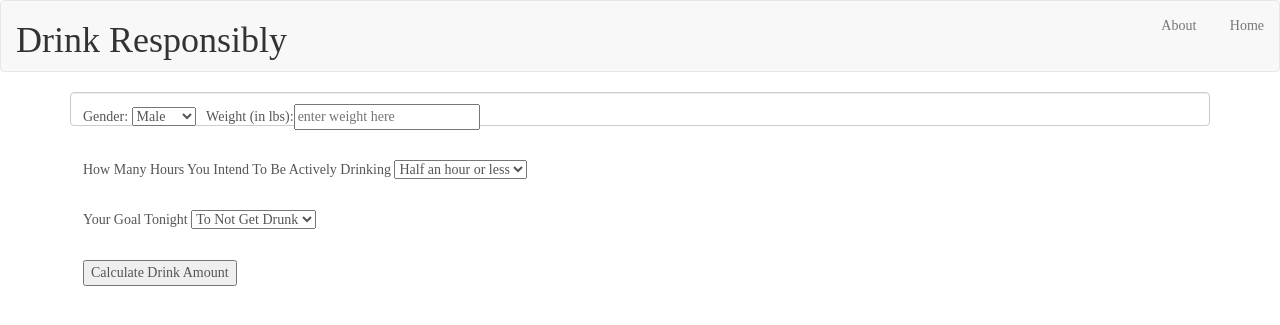
Repository: NatNat180/DrinkResponsibly
Page: http://localhost/DrinkResponsibly/form
An editor plug-in stored every save of this project. The page is shown before and after the next save, followed by the edit.
The browser window is 1280 px wide. The pictures show the whole page.
Some web fonts or font styles are not loaded; a fallback is used. The page is served by Tomcat 9. Other server files are loaded and not shown.

Above is the page before, as saved 2016-04-07 15:33:20.

### DrinkResponsibly/WebContent/WEB-INF/index.jsp
<%@ page language="java" contentType="text/html; charset=UTF-8"
    pageEncoding="ISO-8859-1"%>
<%@ taglib prefix="c" uri="http://java.sun.com/jsp/jstl/core" %>
<!DOCTYPE html>
<html lang="eng">
<head>
<meta http-equiv="Content-Type" content="text/html; charset=UTF-8">
<link rel="stylesheet" type="text/css" href="bootstrap/css/bootstrap.css"/>
<link rel="stylesheet" type="text/css" href="css/style.css"/>
<title>Drink Responsibly</title>
</head>
<body>
<c:import url="/WEB-INF/navigation.html"/>
<section class="container">
<form class="form-control" method="post" action="calculate-drink-amount">
<p>Gender:
<select name="gender">
	<option value="male">Male</option>
	<option value="female">Female</option>
</select>
<!--<input type="radio" name="gender" value="male">Male<br>
<input type="radio" name="gender" value="female">Female<br>-->
&nbsp;&nbsp;Weight (in lbs):<input type="text" name="weight" placeholder="enter weight here" required></p><br>
<p>How Many Hours You Intend To Be Actively Drinking
<select name="drink-time">
	<option value="0">Half an hour  or less</option>
	<option value="1">1</option>
	<option value="2">2</option>
	<option value="3">3</option>
	<option value="4">4</option>
	<option value="5">5</option>
	<option value="6">6</option>
	<option value="7">7</option>
	<option value="8">8</option>
	<option value="9">9</option>
	<option value="10">10</option>
	<option value="11">11</option>
	<option value="12">12+</option>
</select></p>
<br>
<p>Your Goal Tonight
<select name="goal">
	<option value="drunk">To Not Get Drunk</option>
	<option value="sick">To Not Get Sick</option>
</select></p>
<br>
<p><input type="submit" value="Calculate Drink Amount" name="submit"></p>
</form>
</section>
</body>
</html>

### DrinkResponsibly/WebContent/WEB-INF/navigation.html
<nav class="navbar navbar-default" role="navigation">
	<div class="container-fluid">
		<div class="navbar-header">
		  <h1  class="nav-title">Drink Responsibly</h1>
		</div>
		<ul class="nav navbar-nav navbar-right">
			<li id="right"><a href="">&nbsp;About</a>
			<li id="right"><a href="form">&nbsp;Home</a>
		</ul>
	</div>
	</nav>
	<!--<nav class="nav-tabs" role="navigation">
	<h1  class="nav-title">Drink Responsibly</h1>
		<ul class="nav navbar-nav navbar-right">
			<li id="right"><a href="">&nbsp;About</a>
			<li id="right"><a href="form">&nbsp;Home</a>
		</ul>
	</nav>-->

### DrinkResponsibly/src/com/application/Form.java
package com.application;

import java.io.IOException;
import javax.servlet.ServletException;
import javax.servlet.annotation.WebServlet;
import javax.servlet.http.HttpServlet;
import javax.servlet.http.HttpServletRequest;
import javax.servlet.http.HttpServletResponse;

@WebServlet("/form")
public class Form extends HttpServlet {
	private static final long serialVersionUID = 1L;

    public Form() {
        super();

    }

	protected void doPost(HttpServletRequest request, HttpServletResponse response) throws ServletException, IOException {

		doGet(request, response);
	}

	protected void doGet(HttpServletRequest request, HttpServletResponse response) throws ServletException, IOException {

		request.getServletContext().getRequestDispatcher("/WEB-INF/index.jsp").forward(request, response);
	}

}

### DrinkResponsibly/WebContent/css/style.css
@import url(https://fonts.googleapis.com/css?family=Fjalla+One|Poiret+One|Bitter|Arvo|Amatic+SC:400,700);

/*
font-family: 'Fjalla One', sans-serif;
font-family: 'Poiret One', cursive;
font-family: 'Bitter', serif;
font-family: 'Arvo', serif;
font-family: 'Amatic SC', cursive;
*/

h1 {font-family: 'Poiret One', cursive;}
body {font-family: 'Arvo', serif;}

a:hover{
	text-decoration: none;
}

form p {
	margin-top: 5px;
	margin-bottom: 5px;
}

Loaded but not shown: DrinkResponsibly/WebContent/bootstrap/css/bootstrap.css (library)

After the next save:
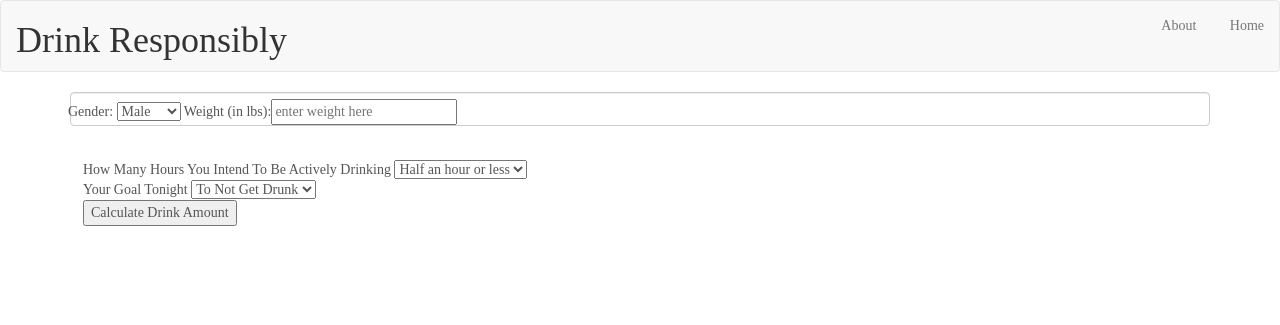
Saved 6 min 52 s later.
--- a/DrinkResponsibly/WebContent/WEB-INF/index.jsp
+++ b/DrinkResponsibly/WebContent/WEB-INF/index.jsp
@@ -13,15 +13,20 @@
 <c:import url="/WEB-INF/navigation.html"/>
 <section class="container">
 <form class="form-control" method="post" action="calculate-drink-amount">
-<p>Gender:
+
+<div class="form-group row">
+Gender:
 <select name="gender">
 	<option value="male">Male</option>
 	<option value="female">Female</option>
 </select>
 <!--<input type="radio" name="gender" value="male">Male<br>
 <input type="radio" name="gender" value="female">Female<br>-->
-&nbsp;&nbsp;Weight (in lbs):<input type="text" name="weight" placeholder="enter weight here" required></p><br>
-<p>How Many Hours You Intend To Be Actively Drinking
+Weight (in lbs):<input type="text" name="weight" placeholder="enter weight here" required>
+</div>
+<br>
+
+How Many Hours You Intend To Be Actively Drinking
 <select name="drink-time">
 	<option value="0">Half an hour  or less</option>
 	<option value="1">1</option>
@@ -36,15 +41,17 @@
 	<option value="10">10</option>
 	<option value="11">11</option>
 	<option value="12">12+</option>
-</select></p>
+</select>
 <br>
-<p>Your Goal Tonight
+
+Your Goal Tonight
 <select name="goal">
 	<option value="drunk">To Not Get Drunk</option>
 	<option value="sick">To Not Get Sick</option>
-</select></p>
+</select>
 <br>
-<p><input type="submit" value="Calculate Drink Amount" name="submit"></p>
+
+<input type="submit" value="Calculate Drink Amount" name="submit">
 </form>
 </section>
 </body>
